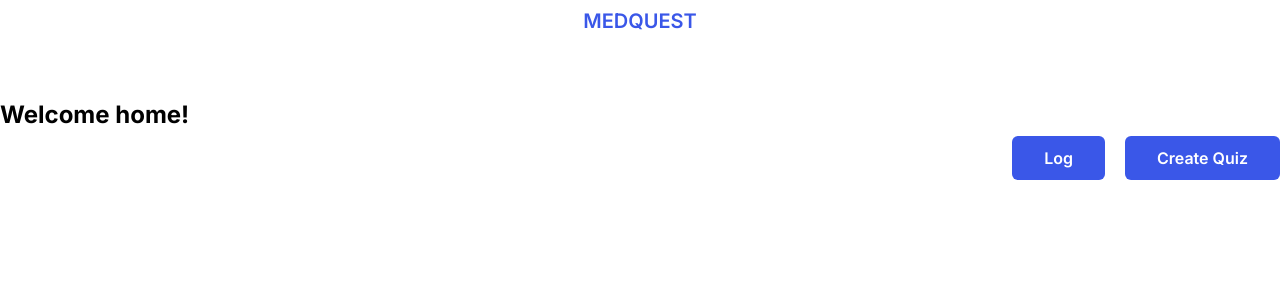
Repository: softmindsol/mediquest-FE
Page: /landing-page
These files come from the project's save history. The page is drawn as it stood at one moment and after the next save; the edit follows.
The browser window is 1280 px wide. The pictures show the whole page.
The page's requests for data from a server got no answer. The project was rebuilt for these pictures with package versions that can differ from the ones it lists, and the page was loaded fresh each time. No one was signed in, and anything a server would have sent is missing. Also part of the build but not shown: vite.config.js, src/components/Button.jsx, src/components/Footer.jsx, src/schema/auth.schema.js, src/pages/authentication/Login.jsx, src/pages/authentication/SignUp.jsx, src/components/Notification/index.jsx, src/pages/email-confirmation/EmailConfirmation.jsx and 24 more.

Above is the page before, as saved 2024-10-28 15:41:33.

### src/main.jsx
import { StrictMode } from "react";
import { createRoot } from "react-dom/client";
import { Toaster } from "react-hot-toast";
import { Provider } from "react-redux";
import App from "./App.jsx";
import "./index.css";
import store from "./store/index.js";

createRoot(document.getElementById("root")).render(
  <StrictMode>
    <Provider store={store}>
      <Toaster
        position="top-right"
        toastOptions={{
          duration: 4000,
          style: {
            padding: "16px",
            color: "#343A40",
          },
        }}
      />
      <App />
    </Provider>
  </StrictMode>
);

### src/App.jsx
import React, { useEffect } from "react";
import {
  BrowserRouter as Router,
  Routes,
  Route,
  Navigate,
} from "react-router-dom";
import { useDispatch, useSelector } from "react-redux"; // Import useSelector
import Login from "./pages/authentication/Login";
import SignUp from "./pages/authentication/SignUp";
import EmailConfirmation from "./pages/email-confirmation/EmailConfirmation";
import Home from "./pages/Home/Home";
import Question from "./pages/questionstemplate/Questions";
import Settings from "./pages/settings/settings";
import Subscription from "./pages/subscription/Subscription";
import Topic from "./pages/Topic/Topic";
import ProtectedRoute from "./components/ProtectedRoute";
import { verifyToken } from "./store/features/auth/auth.service";
import VerifyEmail from "./pages/authentication/VerifyEmail";
import NonProtectedRoute from "./components/NonProtectedRoute";
import SummaryPage from "./pages/summary/Summary";
import ErrorPage from "./pages/ErrorPage";
import LandingPage from "./pages/landingpage/LandingPage";

function App() {
  const dispatch = useDispatch();
  const isLoggedIn = useSelector((state) => state?.user?.isLoggedIn);

  useEffect(() => {
    if (!isLoggedIn) {
      dispatch(verifyToken());
    }
  }, [dispatch, isLoggedIn]);

  return (
    <Router>
      <Routes>
        <Route
          path="/log-in"
          element={
            <NonProtectedRoute>
              <Login />
            </NonProtectedRoute>
          }
        />
        <Route
          path="/sign-up"
          element={
            <NonProtectedRoute>
              <SignUp />
            </NonProtectedRoute>
          }
        />
        <Route
          path="/email-confirmation"
          element={
            <NonProtectedRoute>
              <EmailConfirmation />
            </NonProtectedRoute>
          }
        />

        <Route
          path="/"
          element={
            <ProtectedRoute>
              <Home />
            </ProtectedRoute>
          }
        />
        <Route
          path="/question-bank"
          element={
            <ProtectedRoute>
              <Topic />
            </ProtectedRoute>
          }
        />
        <Route
          path="/verify-email/:verificationToken"
          element={<VerifyEmail />}
        />
        <Route
          path="/settings"
          element={
            <ProtectedRoute>
              <Settings />
            </ProtectedRoute>
          }
        />
        <Route
          path="/subscription"
          element={
            <ProtectedRoute>
              <Subscription />
            </ProtectedRoute>
          }
        />
        <Route
          path="/question"
          element={
            <ProtectedRoute>
              <Question />
            </ProtectedRoute>
          }
        />
        <Route path="/summary" element={<SummaryPage />} />
        <Route path="/landing-page" element={<LandingPage />} />


        <Route path="*" element={<ErrorPage />} />
      </Routes>
    </Router>
  );
}

export default App;

### src/store/index.js
import { configureStore } from "@reduxjs/toolkit";
import authSlice from "./features/auth/auth.slice";
const store = configureStore({
  reducer: {
    user: authSlice,
  },
});

export default store;

### src/pages/subscription/Subscription.jsx
import { useState } from "react";
import { Description, Dialog, Radio, RadioGroup } from "@headlessui/react";
import { Bars3Icon, XMarkIcon } from "@heroicons/react/24/outline";
import Header from "../../components/Header";
import Footer from "../../components/Footer";
import { HiMiniCheckBadge } from "react-icons/hi2";
import CancellationPolicy from "../../components/CancellationPolicy";

const pricing = {
  frequencies: [
    { value: "monthly", label: "Monthly", priceSuffix: "/month" },
    { value: "yearly", label: "Yearly", priceSuffix: "/year" },
  ],
  tiers: [
    {
      name: "Compare plans",
      Description: "Choose your plan according to your needs",
      id: "tier-comparison",
      features: [
        { name: "Number of Questions" },
        { name: "Monthly Test Creation" },
        { name: "Performance Analytics" },
        { name: "Timed Test Mode" },
        { name: "University-Specific Questions" },
        { name: "24/7 customer support" },
      ],
      isComparison: true,
    },
    {
      name: "Free",
      id: "tier-free",
      price: { monthly: "0", yearly: "0" },
      yearlyPriceSuffix: "MAD",
      features: [
        { name: "4000+ Questions" },
        { name: "Up to 10 (100 Qs max per test)" },
        { name: "—" },
        { name: "—" },
        { name: "—" },
        { name: "—" },
      ],
      buttonText: "Already on this plan",
      buttonDisabled: true,
    },
    {
      name: "Basic",
      id: "tier-basic",
      price: { monthly: "169", yearly: "99" },
      yearlyPriceSuffix: "MAD",
      features: [
        {
          name: (
            <>
              <div>40,000+ Questions</div>
              <div style={{ color: "#858BA0" }}>Pages Add-ons on Demand</div>
            </>
          ),
        },
        { name: "Unlimited" },
        {
          name: (
            <>
              <div>General rankings</div>
              <div>Weekly, Monthly, Semester</div>
            </>
          ),
        },
        {
          name: (
            <HiMiniCheckBadge
              size={22}
              style={{ color: "#3A57E8", margin: "auto" }}
            />
          ),
        },
        { name: "—" },
        { name: "—" },
      ],
      buttonText: "Choose This Plan",
      buttonDisabled: false,
    },
    {
      name: "Pro",
      id: "tier-pro",
      price: { monthly: "319", yearly: "199" },
      yearlyPriceSuffix: "MAD",
      features: [
        {
          name: (
            <>
              <div>80,000+ Questions</div>
              <div style={{ color: "#858BA0" }}>Pages Add-ons on Demand</div>
            </>
          ),
        },
        { name: "Unlimited" },
        {
          name: (
            <>
              <div>Rankings by school and topic</div>
              <div>Weekly, Monthly, Semester</div>
            </>
          ),
        },
        {
          name: (
            <HiMiniCheckBadge
              size={22}
              style={{ color: "#3A57E8", margin: "auto" }}
            />
          ),
        },
        {
          name: (
            <HiMiniCheckBadge
              size={22}
              style={{ color: "#3A57E8", margin: "auto" }}
            />
          ),
        },
        {
          name: (
            <HiMiniCheckBadge
              size={22}
              style={{ color: "#3A57E8", margin: "auto" }}
            />
          ),
        },
      ],
      buttonText: "Choose This Plan",
      buttonDisabled: false,
    },
  ],
};

function classNames(...classes) {
  return classes.filter(Boolean).join(" ");
}

const Subscription = () => {
  const [frequency, setFrequency] = useState(pricing.frequencies[0]);

  return (
    <>
      <Header />
      <div className="bg-gray-900">
        <main>
          {/* Pricing section */}
          <div className="mx-auto mt-12 max-w-screen-xl px-6 lg:px-8">
            <div className="mx-auto max-w-4xl text-center">
              <h1 className="text-title-lg font-semibold text-[#3A57E8]">
                Choose Your Plan
              </h1>
            </div>

            <div className="mt-7 flex justify-center">
              <fieldset aria-label="Payment frequency">
                <RadioGroup
                  value={frequency}
                  onChange={setFrequency}
                  className="grid grid-cols-2 gap-x-1 border rounded-md border-[#3A57E8]"
                >
                  {pricing.frequencies.map((option) => (
                    <Radio
                      key={option.value}
                      value={option}
                      className="cursor-pointer px-8 py-3 data-[checked]:bg-[#3A57E8] data-[checked]:text-white text-title-p font-semibold text-[#3A57E8]"
                    >
                      {option.label}
                    </Radio>
                  ))}
                </RadioGroup>
              </fieldset>
            </div>

            <div className="max-w-screen-xl mx-auto py-6 my-10 overflow-x-auto">
              <table className="min-w-full border-collapse border border-[#E6E9F5]">
                <thead>
                  <tr>
                    {pricing?.tiers?.map((tier) => (
                      <th
                        key={tier.id}
                        className="bg-gray-200 border border-[#E6E9F5]"
                        style={{
                          width: "calc(100% / " + pricing.tiers.length + ")",
                        }}
                      >
                        <div className="p-8">
                          <div
                            className={classNames(
                              tier.name === "Compare plans"
                                ? "font-bold text-[#3A57E8] lg:text-title-md text-left"
                                : "text-[#3A57E8] font-bold lg:text-[40px] text-center"
                            )}
                          >
                            {tier.name}
                          </div>
                          <div className="text-[#858BA0] text-[14px] font-medium text-left">
                            {tier.Description}
                          </div>
                          {tier.isComparison ? null : (
                            <div>
                              <p className="flex justify-center text-[#858BA0] font-medium items-center gap-2 my-4">
                                <span className="text-[14px]">
                                  {tier.yearlyPriceSuffix}
                                </span>
                                <span className="flex items-start justify-start lg:text-[32px]">
                                  {tier.price[frequency.value]}
                                </span>

                                <span>
                                  {pricing.frequencies[0].priceSuffix}
                                </span>
                              </p>

                              <button
                                className={`mt-2 py-2 px-4 rounded ${
                                  tier.buttonDisabled
                                    ? "bg-[#939393] text-white cursor-not-allowed"
                                    : "bg-[#3A57E8] text-white "
                                }`}
                                disabled={tier.buttonDisabled}
                              >
                                {tier.buttonText}
                              </button>
                            </div>
                          )}
                        </div>
                      </th>
                    ))}
                  </tr>
                </thead>

                <tbody>
                  {pricing.tiers[0].features.map((feature, index) => (
                    <tr key={index} className="border border-[#E6E9F5]">
                      {pricing.tiers.map((tier) => (
                        <td
                          key={tier.id}
                          className={classNames(
                            "border font-medium text-[#3A57E8] text border-[#E6E9F5] p-7",
                            tier.name === "Compare plans"
                              ? "font-medium text-[#3A57E8] text-title-xsm text-lest"
                              : "text-[#3A57E8] font-medium text-[14px] text-center"
                          )}
                          style={{
                            width: "calc(100% / " + pricing.tiers.length + ")",
                          }}
                        >
                          {tier.isComparison
                            ? feature.name
                            : tier.features[index].name}
                        </td>
                      ))}
                    </tr>
                  ))}
                </tbody>
              </table>
            </div>
          </div>
        </main>
      </div>
      <CancellationPolicy />
      <Footer />
    </>
  );
};

export default Subscription;

### src/store/features/auth/auth.service.js
import { createAsyncThunk } from "@reduxjs/toolkit";
import toast from "react-hot-toast";
import { apiClient, axiosWithoutToken } from "../../../api";

export const registerUser = createAsyncThunk(
  "registerUser",
  async (data, { rejectWithValue }) => {
    try {
      const response = await apiClient.post("/auth/register", data);

      console.log("Hello", response.data);

      toast.success(response?.data?.message);
      return response.data;
    } catch (error) {
      if (error) {
        toast.error(error?.response?.data?.error);
        return rejectWithValue(error);
      }
    }
  }
);

export const resendMail = createAsyncThunk(
  "resendMail",
  async (id, { rejectWithValue }) => {
    try {
      const response = await apiClient.post(`/auth/resend-mail/${id}`);
      return response.data;
    } catch (error) {
      if (error) {
        return rejectWithValue(error);
      }
    }
  }
);

export const checkMail = createAsyncThunk(
  "checkMail",
  async (id, { rejectWithValue }) => {
    try {
      const response = await apiClient.get(`/auth/check-email/${id}`);

      console.log(response.data);

      return response.data;
    } catch (error) {
      if (error) {
        return rejectWithValue(error);
      }
    }
  }
);

export const loginUser = createAsyncThunk(
  "loginUser",
  async (data, { rejectWithValue }) => {
    try {
      const response = await apiClient.post("/auth/login", data);

      console.log("Hello", response.data);

      toast.success(response?.data?.message);
      return response.data;
    } catch (error) {
      if (error) {
        toast.error(error?.response?.data?.error);
        return rejectWithValue(error);
      }
    }
  }
);

export const changePassword = createAsyncThunk(
  "changePassword",
  async (data, { rejectWithValue }) => {
    try {
      const response = await axiosWithoutToken.post(
        "/users/changePassword",
        data
      );

      toast.success(response?.data?.message);
      return response.data;
    } catch (error) {
      if (error) {
        toast.error(error?.response?.data?.error);
        return rejectWithValue(error);
      }
    }
  }
);

export const logout = createAsyncThunk(
  "logout",
  async (_, { rejectWithValue }) => {
    try {
      const response = await axiosWithoutToken.post("/auth/logout");

      console.log(response.data);

      toast.success(response?.data?.message);
      return response.data;
    } catch (error) {
      if (error) {
        toast.error(error?.response?.data?.error || "Error occured");
        return rejectWithValue(error);
      }
    }
  }
);

export const verifyToken = createAsyncThunk(
  "auth/verifyToken",
  async (_, { rejectWithValue }) => {
    try {
      const response = await axiosWithoutToken.get("/auth/verify-token");

      console.log(response?.data);

      return response?.data?.data?.isLoggedIn;
    } catch (error) {
      console.error("Token verification failed:", error);
      return rejectWithValue(error);
    }
  }
);

export const getCurrentUser = createAsyncThunk(
  "getCurrentUser",
  async (_, { rejectWithValue }) => {
    try {
      const res = await axiosWithoutToken("/auth/getCurrentUser");

      console.log(res.data);
      return res.data.data;
    } catch (error) {
      console.error("Token verification failed:", error);
      return rejectWithValue(error);
    }
  }
);

### src/pages/landingpage/LandingPage.jsx
import React from "react";
import Breadcrumb from "../../components/Breadcrumbs/Breadcrumb";
import DefaultLayout from "../../layouts/DefaultLayout";
import { Link } from "react-router-dom";
import RecentTests from "../../components/RecentTests";
import Progress from "../../components/Progress";
import { useSelector } from "react-redux";
import Header from "../../components/Header";

const LandingPage = () => {
  const isLoggedIn = useSelector((state) => state?.user?.isLoggedIn); // Ensure proper path to user state
  console.log("🚀 ~ Home ~ isLoggedIn:", isLoggedIn);

  return (
    <>
              <Header />

      <Breadcrumb pageName="Welcome home!" />
      <div className="flex justify-end gap-5 mb-8">
        <Link to="/subscription">
          <button className="bg-[#3A57E8] font-semibold text-title-p text-white py-[10px] px-8 rounded-[6px]">
           Log
          </button>
        </Link>
        <Link to="/topic">
          <button className="bg-[#3A57E8] font-semibold text-title-p text-white py-[10px] px-8 rounded-[6px]">
            Create Quiz
          </button>
        </Link>
      </div>
    </>
  );
};

export default LandingPage;

### src/store/features/auth/auth.slice.js
import { createSlice } from "@reduxjs/toolkit";
import {
  changePassword,
  getCurrentUser,
  loginUser,
  logout,
  registerUser,
  verifyToken,
} from "./auth.service";
const initialState = {
  user: null,
  isLoading: false,
  error: null,
  isLoggedIn: false,
  selectedUser: {},
};

const authSlice = createSlice({
  name: "user",
  initialState,

  extraReducers: (builder) => {
    builder
      .addCase(registerUser.pending, (state) => {
        state.isLoading = true;
        state.error = null;
      })
      .addCase(registerUser.fulfilled, (state, action) => {
        state.user = action.payload;
        state.isLoading = false;
      })
      .addCase(registerUser.rejected, (state, action) => {
        state.isLoading = false;

        state.error = action.payload;
      })
      .addCase(verifyToken.pending, (state) => {
        state.isLoading = true;
        state.error = null;
      })
      .addCase(verifyToken.fulfilled, (state, action) => {
        state.isLoggedIn = action.payload;
        localStorage.setItem("isLoggedIn", action.payload);
        state.isLoading = false;
      })
      .addCase(verifyToken.rejected, (state, action) => {
        state.isLoading = false;
        state.isLoggedIn = false;
        localStorage.removeItem("isLoggedIn");
        state.error = action.payload;
      })

      .addCase(logout.pending, (state) => {
        state.isLoading = true;
        state.error = null;
      })
      .addCase(logout.fulfilled, (state, action) => {
        state.user = null;
        localStorage.removeItem("isLoggedIn");
        state.isLoggedIn = false;
        state.isLoading = false;
      })
      .addCase(logout.rejected, (state, action) => {
        state.isLoading = false;
        state.isLoggedIn = false;
        state.error = action.payload;
      })
      .addCase(loginUser.pending, (state) => {
        state.isLoading = true;
        state.error = null;
      })
      .addCase(loginUser.fulfilled, (state, action) => {
        state.isLoggedIn = true;
        localStorage.setItem("isLoggedIn", true);
        state.isLoading = false;
      })
      .addCase(loginUser.rejected, (state, action) => {
        state.isLoading = false;
        state.error = action.payload;
      })

      .addCase(getCurrentUser.pending, (state) => {
        state.error = null;
      })
      .addCase(getCurrentUser.fulfilled, (state, action) => {
        state.selectedUser = action.payload;
      })
      .addCase(getCurrentUser.rejected, (state, action) => {
        state.error = action.payload;
      });
  },
});

export default authSlice.reducer;

### src/components/Header.jsx
import React from "react";

const Header = () => {
  return (
    <div className="py-2 m-auto text-center">
      <p className="text-title-sm font-semibold text-[#3A57E8]">MEDQUEST</p>
    </div>
  );
};

export default Header;

### src/components/Breadcrumbs/Breadcrumb.jsx
import { Link } from 'react-router-dom';
import PropTypes from 'prop-types';

const Breadcrumb = ({ pageName }) => {
  return (
    <div className="flex flex-col gap-3 sm:flex-row sm:items-center sm:justify-between">
      <h2 className="text-title-md font-bold text-black-2 mt-13">
        {pageName}
      </h2>

      {/* <nav>
        <ol className="flex items-center gap-2">
          <li>
            <Link className="font-medium" to="/">
              Dashboard /
            </Link>
          </li>
          <li className="font-medium text-[#464E5F]">{pageName}</li>
        </ol>
      </nav> */}
    </div>
  );
};

Breadcrumb.propTypes = {
  pageName: PropTypes.string.isRequired,
};

export default Breadcrumb;

### src/api/index.js
import axios from "axios";
import toast from "react-hot-toast";
import { Navigate } from "react-router-dom";

const apiClient = axios.create({
  baseURL: import.meta.env.VITE_API_URL,
  withCredentials: true,
});

const axiosWithoutToken = axios.create({
  baseURL: import.meta.env.VITE_API_URL,
  withCredentials: true,
});

axiosWithoutToken.interceptors.response.use(
  (response) => {
    // Return response if successful
    return response;
  },
  async (error) => {
    const { response } = error;

    if (response && response.data.error === "jwt expired") {
      // Dispatch verifyToken action when a 401 status is received
      await toast.error("Session expired. Please log in again.");
      localStorage.removeItem("isLoggedIn");
      // Redirect to the login page
      setTimeout(() => {
        window.location.href = `${import.meta.env.VITE_FRONTENT_URL}/log-in`;
      }, 1000);
    }

    return Promise.reject(error);
  }
);

// axiosWithoutToken.interceptors.response.use(
//   (response) => response,
//   async (error) => {
//     const originalRequest = error.config;

//     if (
//       error.response &&
//       error.response.status === 401 &&
//       !originalRequest._retry
//     ) {
//       originalRequest._retry = true;

//       try {
//         const response = await axiosWithoutToken.post("/refreshAccessToken");

//         const { accessToken } = response.data;
//         // originalRequest.headers["Authorization"] = `Bearer ${accessToken}`;

//         // Retry the original request with the new access token
//         return axiosWithoutToken(originalRequest);
//       } catch (err) {
//         // Handle errors from the refresh token request
//         return Promise.reject(err);
//       }
//     }

//     // If the error is not due to an expired token, reject the Promise
//     return Promise.reject(error);
//   }
// );

export { axiosWithoutToken, apiClient };

Loaded but not shown: index.html (common file); src/index.css (common file); tailwind.config.js (261 lines, source omitted)

After the next save:
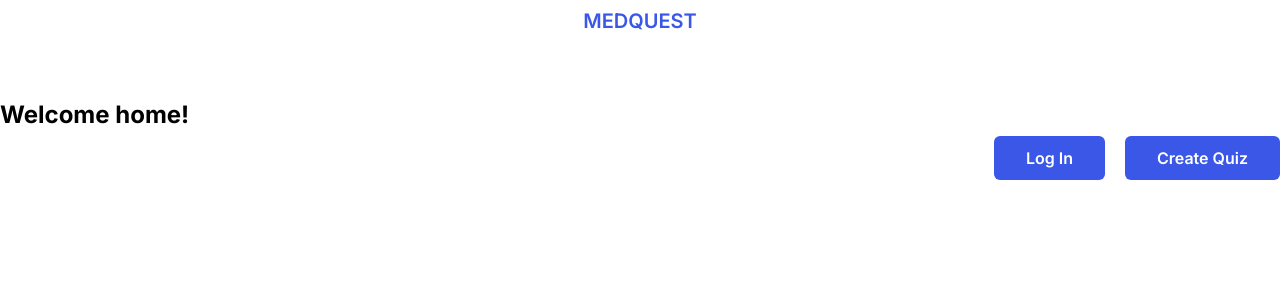
Saved 4 s later.
--- a/src/pages/landingpage/LandingPage.jsx
+++ b/src/pages/landingpage/LandingPage.jsx
@@ -19,7 +19,7 @@
       <div className="flex justify-end gap-5 mb-8">
         <Link to="/subscription">
           <button className="bg-[#3A57E8] font-semibold text-title-p text-white py-[10px] px-8 rounded-[6px]">
-           Log
+           Log In
           </button>
         </Link>
         <Link to="/topic">
